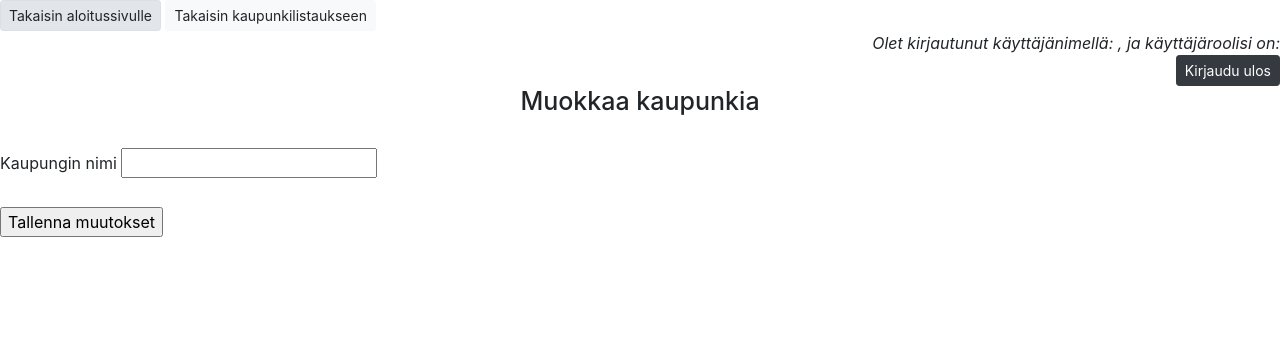
Repository: LiljestromNadja/Backend_s2023_harjoitustyo
Page: http://localhost/editCity
The author's editor kept a copy of each file at every save. The page is drawn from the files as they stood at one save, then again after the next save.
The browser window is 1280 px wide. The pictures show the whole page.
The page is this project's Thymeleaf template; nobody is signed in. The template is opened directly, without the code that normally fills it, so the values that code supplies are empty.

Above is the page before, as saved 2023-11-10 17:28:47.

### harkkas23v01/src/main/resources/templates/editCity.html
<!DOCTYPE HTML>
<html xmlns:th="http://www.thymeleaf.org">
	<head>
	    <title>Muokkaa kaupunkia</title> <!-- 18102023 -->
	    <meta http-equiv="Content-Type" content="text/html; charset=UTF-8" />
	    <!-- Bootstrap-linkki vaihdettu tähän 04-10-2023 -->
		<link rel="stylesheet" href="https://cdn.jsdelivr.net/npm/bootstrap@4.0.0/dist/css/bootstrap.min.css" integrity="sha384-Gn5384xqQ1aoWXA+058RXPxPg6fy4IWvTNh0E263XmFcJlSAwiGgFAW/dAiS6JXm" crossorigin="anonymous"> <!-- Lisättiin tyyli, bootstrap 4.0 -->
		<!-- Lisättiin tyyli, bootstrap 4.0 -->
	</head>
	<body>
			<a href="/index"><button class="text-left btn btn-light btn-sm">Takaisin aloitussivulle</button></a>
			<a href="/cities"><button class="text-left btn btn-light btn-sm">Takaisin kaupunkilistaukseen</button></a>

		<div class="text-right">
			<i>Olet kirjautunut käyttäjänimellä: <b sec:authentication="name"></b>,	ja käyttäjäroolisi on: <b sec:authentication="principal.authorities"></b></i>
			<br>
			<form class="text-right" th:action="@{/logout}" method="post">
				<input type="submit" value="Kirjaudu ulos" class="btn btn-sm btn-dark" />
			</form>
		</div>

		<h1 style="text-align: center; font-size: 25px">Muokkaa kaupunkia</h1>
		</br>
		<div>
			<form th:object="${city}" th:action="@{../saveCity}" action="#" method="post"> 	 					<!-- Tässä menee @{/saveCaegory} -->

			  	<input type="hidden" id="cityid" th:field="*{cityid}" />												<!-- muokatessa id:n täytyy mennä mukana backendin puolelle, ettei luoda uutta kategoriaa -->
			  	<div>
				  	<label>Kaupungin nimi</label>
					<input type="text" th:field="*{name}" />
				</div>

				<br>
				<input  type="submit" value="Tallenna muutokset"></input>
			</form>

		</div>





	</body>
</html>

After the next save:
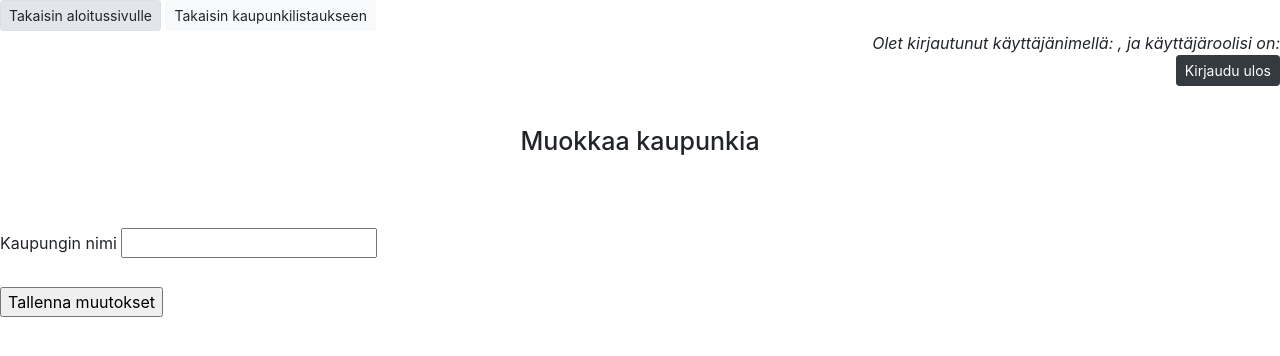
Saved 26 s later.
--- a/harkkas23v01/src/main/resources/templates/editCity.html
+++ b/harkkas23v01/src/main/resources/templates/editCity.html
@@ -18,8 +18,9 @@
 				<input type="submit" value="Kirjaudu ulos" class="btn btn-sm btn-dark" />
 			</form>
 		</div>
-
+	    <div style="clear: both; display: block; height: 40px;"></div>
 		<h1 style="text-align: center; font-size: 25px">Muokkaa kaupunkia</h1>
+		<div style="clear: both; display: block; height: 40px;"></div>
 		</br>
 		<div>
 			<form th:object="${city}" th:action="@{../saveCity}" action="#" method="post"> 	 					<!-- Tässä menee @{/saveCaegory} -->
